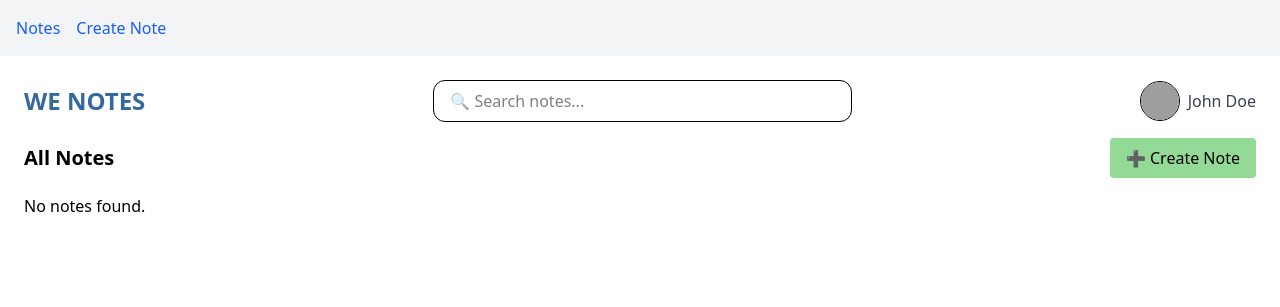
Repository: pin-seavmuy/NoteApplication
Page: / (app in note-vue/)
An editor plug-in stored every save of this project. The page is shown before and after the next save, followed by the edit.
The browser window is 1280 px wide. The pictures show the whole page.
Pictures or frames that could not be fetched are drawn as grey boxes. The page's requests for data from a server got no answer. The project was rebuilt for these pictures with package versions that can differ from the ones it lists, and the page was loaded fresh each time. No one was signed in, and anything a server would have sent is missing. Also part of the build but not shown: note-vue/vite.config.ts, note-vue/src/components/NoteWrapper.vue, note-vue/src/views/CreateNote.vue, note-vue/src/views/NoteDetail.vue, note-vue/src/views/UpdateNote.vue.

Above is the page before, as saved 2025-09-16 11:42:40.

### note-vue/src/main.ts
// import { createApp } from 'vue'
// import './style.css'
// import App from './App.vue'

// createApp(App).mount('#app')


import { createApp } from 'vue'
import App from './App.vue'
import router from './router'
import './style.css'

const app = createApp(App)
app.use(router)
app.mount('#app')

### note-vue/src/App.vue
<script setup lang="ts">
  import HelloWorld from './components/HelloWorld.vue'
  import NotesList from '../components/NotesList.vue'
</script>

<!-- <template>
  <div>
    <HelloWorld msg="Vite + Vue" />
    <NotesList />
  </div>
</template> -->

<template>
  <div>
    <nav class="p-4 bg-gray-100 flex space-x-4">
      <router-link to="/" class="text-blue-600 hover:underline">Notes</router-link>
      <router-link to="/create" class="text-blue-600 hover:underline">Create Note</router-link>
    </nav>

    <router-view />
  </div>
</template>

<style scoped>
</style>

### note-vue/src/router/index.ts
import { createRouter, createWebHistory } from 'vue-router'

import NotesList from '../views/NotesList.vue'
import CreateNote from '../views/CreateNote.vue'
import NoteDetail from '../views/NoteDetail.vue'
import UpdateNote from '../views/UpdateNote.vue'

const routes = [
  {
    path: '/',
    name: 'NotesList',
    component: NotesList,
  },
  {
    path: '/create',
    name: 'CreateNote',
    component: CreateNote,
  },
  {
    path: '/notes/:id',
    name: 'NoteDetail',
    component: NoteDetail,
    props: true,
  },
    {
    path: '/notes/:id/edit',
    name: 'UpdateNote',
    component: UpdateNote,
    props: true
    }
]

const router = createRouter({
  history: createWebHistory(),
  routes,
})

export default router

### note-vue/src/views/NotesList.vue
<template>
  <div class="p-6">
    <nav></nav>

    <NotesHeader v-model:search="search" />

    <div v-if="loading">Loading...</div>
    <div v-else-if="filteredNotes.length === 0">No notes found.</div>

    <div
      v-else
      class="grid gap-4 grid-cols-1 sm:grid-cols-2 lg:grid-cols-3 xl:grid-cols-4"
    >
      <NoteWrapper
        style="background-color: #F9F6F3;"
        v-for="note in filteredNotes"
        :key="note.id"
        :note="note"
      />
    </div>
  </div>
</template>

<script setup lang="ts">
import { ref, computed, onMounted } from 'vue'
import api from '../api/axios'
import NoteWrapper from '../components/NoteWrapper.vue'
import NotesHeader from '../components/NotesHeader.vue'

interface Note {
  id: number
  title: string
  content: string | null
  createdAt: string
  updatedAt?: string | null
}

const notes = ref<Note[]>([])
const loading = ref(false)
const search = ref('')

async function fetchNotes() {
  loading.value = true
  try {
    const res = await api.get('/Notes')
    notes.value = res.data as Note[]
  } catch (error) {
    console.error('Error fetching notes:', error)
  } finally {
    loading.value = false
  }
}

const filteredNotes = computed(() =>
  notes.value.filter(note =>
    note.title.toLowerCase().includes(search.value.toLowerCase())
  )
)

onMounted(fetchNotes)
</script>

### note-vue/src/api/axios.ts
import axios from 'axios'

const api = axios.create({
  baseURL: 'http://localhost:5258/api',
})

export default api;

### note-vue/src/components/NotesHeader.vue
<template>
  <div>
    <div class="flex items-center justify-between mb-4 space-x-72">
      <h1 class="text-2xl font-bold" style="color: #34699A;">WE NOTES</h1>

      <input
        :value="search"
        @input="updateSearch"
        type="text"
        placeholder="🔍 Search notes..."
        class="px-4 py-2 border rounded-xl flex-grow"
      />

      <div class="flex items-center space-x-2 flex-shrink-0">
        <img
          src="https://ui-avatars.com/api/?name=User"
          alt="User Avatar"
          class="w-10 h-10 rounded-full border"
        />
        <span class="text-gray-700 font-medium">John Doe</span>
      </div>
    </div>

    <div class="flex items-center justify-between mb-4">
      <router-link to="/" class="text-xl font-bold flex-shrink-0 hover:underline">All Notes</router-link>
      <router-link
        to="/create"
        class="text-base px-4 py-2 rounded text-black hover:brightness-90"
        style="background-color: #93DA97;"
      >
        ➕ Create Note
      </router-link>
    </div>
  </div>
</template>

<script setup lang="ts">
import { defineProps, defineEmits } from 'vue'

const props = defineProps<{ search: string }>()
const emit = defineEmits(['update:search'])

function updateSearch(event: Event) {
  const target = event.target as HTMLInputElement
  emit('update:search', target.value)
}
</script>

### note-vue/src/components/CreateNoteModal.vue
<template>
  <div
    v-if="show"
    class="fixed inset-0 bg-black bg-opacity-50 flex items-center justify-center z-50"
    @click.self="close"
  >
    <div class="bg-white rounded-lg shadow-lg p-6 w-full max-w-md relative">
      <button
        @click="close"
        class="absolute top-3 right-3 text-gray-500 hover:text-gray-800 text-xl font-bold"
        aria-label="Close modal"
      >
        &times;
      </button>

      <h2 class="text-2xl font-bold mb-6">Create New Note</h2>

      <form @submit.prevent="handleSubmit" class="space-y-4">
        <div>
          <label for="title" class="block mb-1 font-semibold">Title</label>
          <input
            id="title"
            v-model="title"
            type="text"
            required
            placeholder="Note title"
            class="w-full px-4 py-2 border rounded"
          />
        </div>

        <div>
          <label for="content" class="block mb-1 font-semibold">Content</label>
          <textarea
            id="content"
            v-model="content"
            rows="5"
            placeholder="Write your note here..."
            class="w-full px-4 py-2 border rounded resize-none"
          ></textarea>
        </div>

        <button
          type="submit"
          :disabled="loading"
          class="bg-blue-600 text-white px-6 py-2 rounded hover:bg-blue-700 disabled:opacity-50"
        >
          {{ loading ? 'Saving...' : 'Create Note' }}
        </button>
      </form>

      <p v-if="error" class="mt-4 text-red-600">{{ error }}</p>
      <p v-if="success" class="mt-4 text-green-600">Note created successfully!</p>
    </div>
  </div>
</template>

<script setup lang="ts">
import { ref, defineEmits, watch } from 'vue'
import api from '../api/axios'

const props = defineProps<{ show: boolean }>()
const emit = defineEmits(['update:show', 'noteCreated'])

const title = ref('')
const content = ref('')
const loading = ref(false)
const error = ref<string | null>(null)
const success = ref(false)

watch(() => props.show, (newVal) => {
  if (!newVal) {
    // Reset form on close
    title.value = ''
    content.value = ''
    error.value = null
    success.value = false
    loading.value = false
  }
})

function close() {
  emit('update:show', false)
}

async function handleSubmit() {
  if (!title.value.trim()) {
    error.value = 'Title is required.'
    return
  }
  loading.value = true
  error.value = null
  success.value = false

  try {
    await api.post('/Notes', {
      title: title.value,
      content: content.value || null,
    })
    success.value = true
    emit('noteCreated')  // notify parent to refresh notes
    setTimeout(() => {
      close()
    }, 1000)
  } catch (err) {
    error.value = 'Failed to create note. Please try again.'
    console.error(err)
  } finally {
    loading.value = false
  }
}
</script>

Loaded but not shown: note-vue/index.html (common file); note-vue/src/style.css (common file)

After the next save:
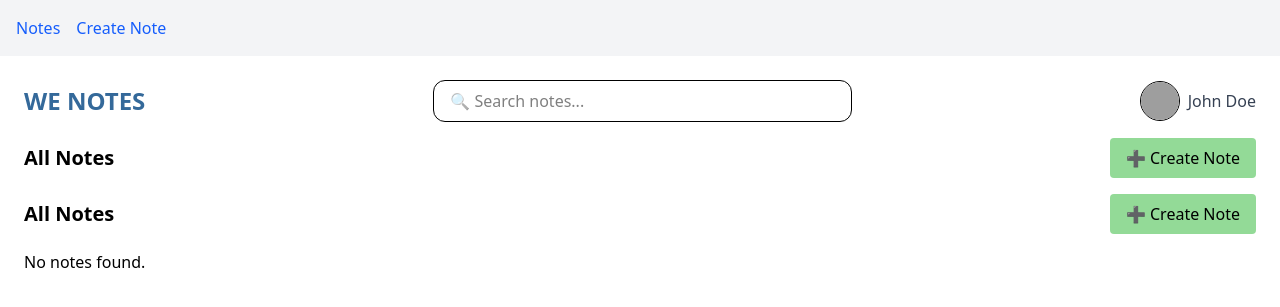
Saved 29 s later.
--- a/note-vue/src/views/NotesList.vue
+++ b/note-vue/src/views/NotesList.vue
@@ -3,6 +3,19 @@
     <nav></nav>
 
     <NotesHeader v-model:search="search" />
+
+    <div class="flex items-center justify-between mb-4">
+      <router-link to="/" class="text-xl font-bold flex-shrink-0 hover:underline">All Notes</router-link>
+
+      <!-- Button to open modal -->
+      <button
+        @click="showCreateModal = true"
+        class="text-base px-4 py-2 rounded text-black hover:brightness-90"
+        style="background-color: #93DA97;"
+      >
+        ➕ Create Note
+      </button>
+    </div>
 
     <div v-if="loading">Loading...</div>
     <div v-else-if="filteredNotes.length === 0">No notes found.</div>
@@ -18,6 +31,12 @@
         :note="note"
       />
     </div>
+
+    <!-- Create Note Modal -->
+    <CreateNoteModal
+      v-model:show="showCreateModal"
+      @noteCreated="fetchNotes"
+    />
   </div>
 </template>
 
@@ -26,6 +45,7 @@ import { ref, computed, onMounted } from 'vue'
 import api from '../api/axios'
 import NoteWrapper from '../components/NoteWrapper.vue'
 import NotesHeader from '../components/NotesHeader.vue'
+import CreateNoteModal from '../components/CreateNoteModal.vue'
 
 interface Note {
   id: number
@@ -38,6 +58,7 @@ interface Note {
 const notes = ref<Note[]>([])
 const loading = ref(false)
 const search = ref('')
+const showCreateModal = ref(false)
 
 async function fetchNotes() {
   loading.value = true
